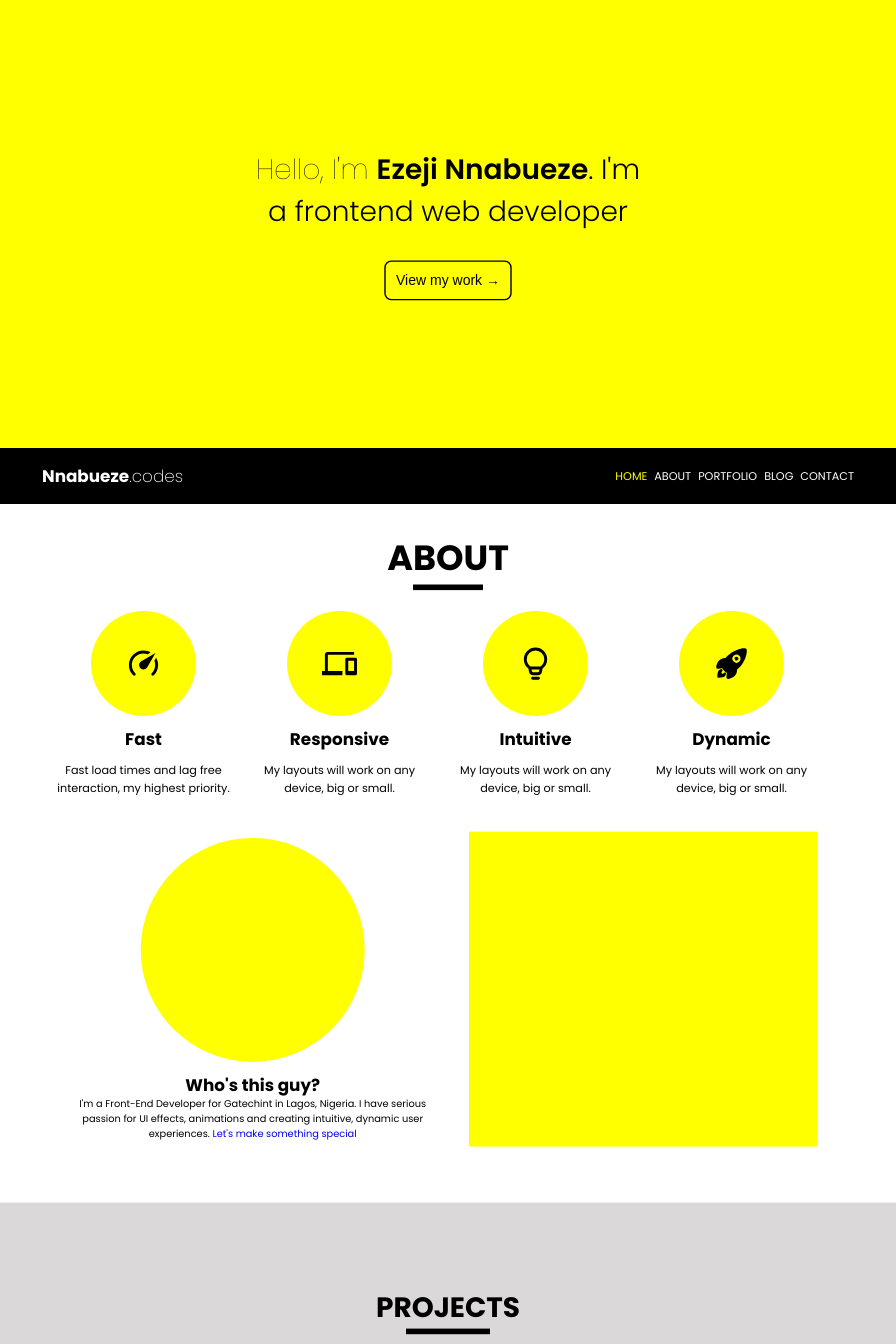
Repository: Ikebobo11/webweb
Page: index.html
These files come from the project's save history. The page is drawn as it stood at one moment and after a run of saves; the edit follows.
The browser window is 1280 px wide. The pictures show the part of the page from y = 0 to 1920 px (the page is 4615 px tall), at 70% of full size.
Some web libraries are served in a nearby version.

Above is the page before, as saved 2025-07-14 11:10:43.

### index.html
<!DOCTYPE html>
<html lang="en">
<head>
    <meta charset="UTF-8">
    <meta name="viewport" content="width=device-width, initial-scale=1.0">
    <link rel="stylesheet" href="style.css">
    <link rel="preconnect" href="https://fonts.googleapis.com">
    <link rel="preconnect" href="https://fonts.gstatic.com" crossorigin>
    <link href="https://fonts.googleapis.com/css2?family=Poppins:ital,wght@0,100;0,200;0,300;0,400;0,500;0,600;0,700;0,800;0,900;1,100;1,200;1,300;1,400;1,500;1,600;1,700;1,800;1,900&display=swap" rel="stylesheet">
    <script src="https://kit.fontawesome.com/5b2f8a38d7.js" crossorigin="anonymous"></script>
    <title>Document</title>
</head>
<body>
    <header>
        <div class="sec-1">
            <div class="div-1">
                <div class="div-2">
                    <h1 class="head-1"><span class="span-1">Hello, I'm </span> <span class="span-2">Ezeji Nnabueze</span>. I'm a frontend web developer</h1>
                    </div>
                    <button class="link-1" href="#">View my work <span> &rarr;</span></button>
                </div>
             <div>
        </div>
    </div>
    <div class="ooo">
    <div class="sec-2">
        <h2>Nnabueze<span class="span-3">.codes</span></h2>
        <nav>
            <a class="a-1" href="">HOME</a>
            <a  class="a-2" href="">ABOUT</a>
            <a class="a-2" href="">PORTFOLIO</a>
            <a class="a-2" href="">BLOG</a>
            <a class="a-2" href="">CONTACT</a>
        </nav>
        <img class="icon-image" src="./menu-burger.png">
    </div>
    </div>
    </header>
    <section class="first-section">
        <h1 class="first-head">ABOUT</h1>
        <div class="first-hr"></div>
        <div class="first-div">
            <div class="head-div">
                <div class="second-div">
                    <img class="first-image" src="./fast.svg"/>
                </div>
                <h2 class="second-head">Fast</h2>
                <p class="first-p">Fast load times and lag free interaction, my highest priority.</p>
            </div>
            <div class="head-div">
            <div class="second-div">
                <img class="first-image" src="./responsive.svg"/>
            </div>
                <h2 class="second-head">Responsive</h2>
                <p class="first-p">My layouts will work on any device, big or small.</p>
            </div>
            <div class="head-div">
            <div class="second-div">
                <img class="first-image" src="./intuitive.svg"/>
            </div>
            <h2 class="second-head">Intuitive</h2>
            <p class="first-p">My layouts will work on any device, big or small.</p>
            </div>
            <div class="head-div">
                    <div class="second-div">
                        <img class="first-image" src="./dynamic.svg"/>
                    </div>
                    <h2 class="second-head">Dynamic</h2>
                    <p class="first-p">My layouts will work on any device, big or small.</p>
                </div>
        </div>
    </section>
    <section class="second-section">
        <div class="third-div">
            <div class="fourth-div">
            </div>
            <h2 class="third-head">Who's this guy?</h2>
            <p class="second-p">I'm a Front-End Developer for Gatechint in Lagos, Nigeria. I have serious passion for UI effects, animations and creating intuitive, dynamic user experiences.<a class="first-link" href="#"> Let's make something special</a></p>
        </div>
        <div class="fifth-div"></div>
    </section>
    <section class="fourth-section">
        <h1 class="fourth-head">PROJECTS</h1>
        <div class="underline-div"></div>
        <nav class="first-nav">
            <p>ALL</p>
            <p>RUBY/RAILS</p>
            <p>REACT-JS</p>
            <p>JAVASCRIPT</p>
        </nav>

        <div class="sixth-div">

            <div class="project div-a"></div>
            <div class="project div-b"></div>
            <div class="project div-c"></div>
            <div class="project div-d"></div>
            <div class="project div-e"></div>
            <div class="project div-f"></div>
            <div class="project div-g"></div>
            <div class="project div-h"></div>
            <div class="project div-i"></div>
        </div>
    </section>
    <section class="fifth-section">
        <h1 class="first-head">BLOG</h1>
        <div class="first-hr"></div>
        <div class="last-image-div">
            <div class="last-image-div-a">
                <div class="hover new-div-a just-div">
                    <div class="image-div-a"></div>
                    <h3 class="new-head-a">Breaking Your Coder's Block</h3>
                    <p class="new-p-a">April 29,2016</p>
                    <p class="new-p-b"> At one time or another, as a developer, we've all found ourselves hopelessly stuck on a coding issue ...</p>
                </div>
                <div class="hover new-div-b ">
                    <div class="image-div-b just-div"></div>
                    <h3>!Awake: This is Your Brain on Caffeine</h3>
                    <p class="new-p-a">MARCH 19, 2015</p>
                    <p class="new-p-b">If there's one thing I can truly claim to be an expert on, it's staying awake. For five years I struggled to stay employed ...</p>
                </div>
                <div class="hover new-div-c">
                    <div class="image-div-c just-div"></div>
                    <h3>Getting a handle on Handlebars</h3>
                    <p class="new-p-a">MARCH 4, 2015</p>
                    <p class="new-p-b">Here at EyeCue Lab we render most of our data-laden HTML pages in Handlebar templates ...</p>
                </div>
                <div class="hover new-div-d">
                    <div class="image-div-d just-div"></div>
                    <h3>5 Extensions for Your Chrome Toolbelt</h3>
                    <p class="new-p-a">FEBRUARY 23, 2015</p>
                    <p class="new-p-b">If you're not using Google Chrome as a front-end web developer, you're missing out. Not only is Chrome the ...</p>
                </div>
            </section>
                <section class="sixth-section">
                    <!-- <img src="./blog-2.jpg"> -->
                    <h1 class="first-head">CONTACT</h1>
                    <div class="second-hr"></div>
                    <p class="new-p-c">Have a question or want to work together? </p>
                    <!-- <div class="new-div-e"></div> -->
                    <form>
                        <input class="new-input-a" placeholder="Name">
                        <input class="new-input-b" placeholder="Enter Email">
                        <textarea class="new-input-c" placeholder="Type your message..."></textarea>
                        <input class="new-input-d" type="submit" value="submit"/>

                    <!-- </div> -->

                </section>
            </div>
        </div>
    </section>
    <footer>
        <div class="icon-div-a"><i class="fa-solid fa-angles-up icon-a"></i></div>
        <div class="head-icon-div">
            <div class="icon-div-b"><i class="fa-brands fa-github icon-a"></i></div>
            <div class="icon-div-b"><i class="fa-brands fa-linkedin-in icon-a"></i></div>
            <div class="icon-div-b"><i class="fa-brands fa-instagram icon-a"></i></div>
            <div class="icon-div-b"><i class="fa-brands fa-twitter icon-a"></i></div>
        </div>
        <p class="footer-p">Ezeji Nnabueze &copy; 2025</p>
    </footer>
</body>
</html>

### style.css
*{
    padding: 0px;
    margin: 0px;
    box-sizing: border-box;
    max-width: 100%;
}
body{
    font-family: "Poppins", sans-serif;
    max-width: 100vw;
}
.sec-1{
    background-color: yellow;
    /* padding-block: 200px; */
    /* padding-inline:30%; */
    height: calc(100vh - 80px);
    display: flex;
    justify-content: center;
    align-items: center;

}
.div-2{
    word-wrap: break-word;
    max-width: 560px;
    margin-inline: auto;
    font-weight: 300;
    overflow: hidden;
    @media(max-width:800px){
        font-size: small;
    }
}
.head-1{
    text-align: center;
    font-size: 40px;
    font-weight: 300;

}
.link-1{
    border: 2px solid black;
    padding: 15px;
    margin-inline: auto;
    display: block;
    margin-top: 40px;
    background-color: yellow;
    border-radius: 10px;
    font-size: 20px;
}
.span-2{
    font-weight: 600;
}
.span-1{
    font-weight: 100;
}
.link-1:hover{
    background-color: black;
    color: white;
}
.sec-2{
    height:20px;
    background-color: black;
    display: flex;
    align-items: center;
    justify-content: space-between;
    color: white;
    padding: 40px 60px;
    max-width: 120;
}
nav{
    display: flex;
    gap: 10px;
    @media(max-width:800px){
        display: none;
    }
}
.icon-image{
    /* max-width: 100%;
    width: 10%; */
    display: none;
    filter: invert(1);
    @media(max-width: 800px) {
        display: block;
    }
}
.a-2{
    color: white;
    text-decoration: none;
}
.a-1{
    color: yellow;
    text-decoration: none;
}
.a-2:hover{
    color: yellow;
}
.span-3{
    font-weight: 200;
}
.first-section{

}
.first-head{
    text-align: center;
    margin-block: 40px 0px;
    font-size: 50px;
}
.first-hr{
    height:8px;
    background-color: black;
    width: 100px;
    margin: auto;
}
.first-div{
    display: grid;
    grid-template-columns: 1fr 1fr 1fr 1fr;
    justify-content: space-between;
    margin-inline: auto;
    margin-block: 30px 50px;
    max-width: 1120px;

    @media(max-width:1000px){
        grid-template-columns: 1fr 1fr ;
        margin-inline:auto;
        width: 600px;
    }
    @media (max-width:500px) {
        grid-template-columns: 1fr;
        margin-inline: auto;
        width: 250px;
    }
}
.first-image{
    width: 50px;

}
.second-div{
    background-color: yellow;
    width: 150px;
    height: 150px;
    border-radius: 150px;
    display: flex;
    justify-content: center;
    align-items: center;
    margin-inline: auto;
}
.head-div{
    width: 250px;
}
.second-head{
    text-align: center;
    margin-block: 15px;
}
.ooo{
    background-color: black;
}
.first-p{
    text-align: center;
}
.second-section{
    display: grid;
    grid-template-columns: 1fr 1fr;
    align-items: center;
    gap:60px;
    max-width: 1120px;
    margin-inline: auto;
    padding-inline: 2rem;
    /* margin-inline: 180px; */
    margin-bottom: 80px;
    @media(max-width:800px){
        grid-template-columns: 1fr;
    }

}
.third-div{
    /* width: 960px; */
    /* height: 450px; */

}
.fourth-div{
    background-color: yellow;
    height: 320px;
    max-width: 320px;
    border-radius: 320px;
    margin-inline: auto;
}
.fifth-div{
    background-color: yellow;
    /* width: 960px; */
    height: 450px;
}
.third-head{
    text-align: center;
    margin-top: 15px;
}
.second-p{
    font-size: 14px;
    text-align: center;
}
.first-link{
    text-decoration: none;
}
.fourth-section{
    background-color: rgba(196, 193, 193, 0.63);
    padding-block: 120px 40px;
    margin-bottom: 100px;
}
.sixth-div{
    display: grid;
    grid-template-columns: 1fr 1fr 1fr;
    max-width: 960px;
    margin-inline: auto;
    @media(max-width:900px) {
        grid-template-columns: 1fr 1fr;
        /* max-width: 620px; */
        margin-inline: auto;
        padding-inline: 10%;

    }
    @media (max-width:650px) {
        grid-template-columns: 1fr;
        /* max-width: 320px; */
        margin-inline: auto;
        padding-inline: 10%;
    }

}
.project{
    background-size: cover;
    /* max-width:320px ; */
    height: 320px;
    background-position: center;
    background-color: blue;
}
.div-a{
    background-image: url(./project-1.jpg);
}

.div-b{
    background-image: url(./project-2.jpg);
}
.div-c{
    background-image: url(./project-3.png);
}
.div-d{
    background-image: url(./project-4.jpg);
}
.div-e{
    background-image: url(./project-5.jpg);
}
.div-f{
    background-image: url(./project-6.jpg);
}
.div-g{
    background-image: url(./project-7.jpg);
}
.div-h{
    background-image: url(./project-8.jpg);
}
.div-i{
    background-image: url(./project-9.jpg);

}
.underline-div{
    background-color: black;
    height: 8px;
    width: 120px;
    margin-inline: auto;
    margin-bottom: 60px;
}
.fourth-head{
    font-size: 40px;
    text-align: center;
}
.first-nav{
    display: flex;
    justify-content: center;
    gap: 30px;
    flex-wrap: wrap;
}
.last-image-div-a{
    /* width: 100vw; */
    display: grid;
    grid-template-columns: 1fr 1fr 1fr 1fr;
    gap: 20px;
    padding-block: 100px;
    max-width: 1120px;
    margin-inline: auto;
    @media (max-width:800px) {
        grid-template-columns:1fr 1fr;
        margin-inline: auto;
    }
    @media (max-width:640px) {
        grid-template-columns: 1fr;
        padding-inline: 16px;
    }
}
.just-div{
    max-width: 408px;
}
.new-image-a{
    width: 270px;

}
.image-div-a{
    background-image: url(./blog-1.jpg);
    height: 180px;
    background-size: cover;
    background-position: center;
}
.image-div-b{
    background-image: url(./blog-2.jpg);
    height: 180px;
    background-size: cover;
    background-position: center;
}
.image-div-c{
    background-image: url(./blog-3.jpg);
    height: 180px;
    background-size: cover;
    background-position: center;
}
.image-div-d{
    background-image: url(./blog-4.jpg);
    height: 180px;
    background-size: cover;
    background-position: center;
}
.new-p-a{
    margin-block: 15px;
    font-size: 12px;
}
.new-p-b{
    font-size: 13.5px;
}
.sixth-section{
    background-color: black;
    color: white;
    padding-block: 100px 60px;
}
.new-input-a{
    display: block;
    margin: auto;
    width: 400px;
    height: 60px;
}
.new-input-b{
    display: block;
    margin: auto;
    width: 400px;
    height: 60px;
}
.new-input-c{
    display: block;
    margin: auto;
    width: 400px;
    height: 80px;
}
.new-input-d{
    display: block;
    margin: auto;
    width: 400px;
    height: 80px;
    color: white;
    border: 2px solid white;
    background-color: black;
    margin-top: 5px;
}
.second-hr{
    background-color:white;
    height: 8px;
    width: 120px;
    margin-inline: auto;
}
.new-p-c{
    color: aqua;
    text-align: center;
    margin-block: 40px 25px;
}
footer{
    background-color: yellow;
    padding-block: 20px;
}
.head-icon-div{
    display: flex;
    gap: 20px;
    max-width: 20rem;
    margin-inline: auto;
}
.icon-div-a{
    max-width: 3rem;
    height: 4rem;
    background-color: black;
    display: flex;
    align-items: center;
    justify-content: center;
    margin-inline: auto;
    margin-block: -2.5rem 2rem;
    border: 1px solid white;
}
.icon-div-b{
    max-width: 3rem;
    height: 4rem;
    background-color: black;
    display: flex;
    align-items: center;
    justify-content: center;
    margin-inline: auto;
    margin-bottom:2rem;
    padding-inline: 10px;

}
.icon-a{
    color: aqua;

    font-size: 2rem;
}
.footer-p{
    text-align: center;
}

.hover:hover h3 {
 color: teal;
}
.new-div-a:hover~.hover {
    opacity: 0.4;
}
.new-div-b:hover~.hover{
    opacity: 0.4;
}
.new-div-c:hover~.hover{
    opacity: 0.4;
}
.new-div-d:hover~.hover{
    opacity: 0.4;
}

After the next 3 saves:
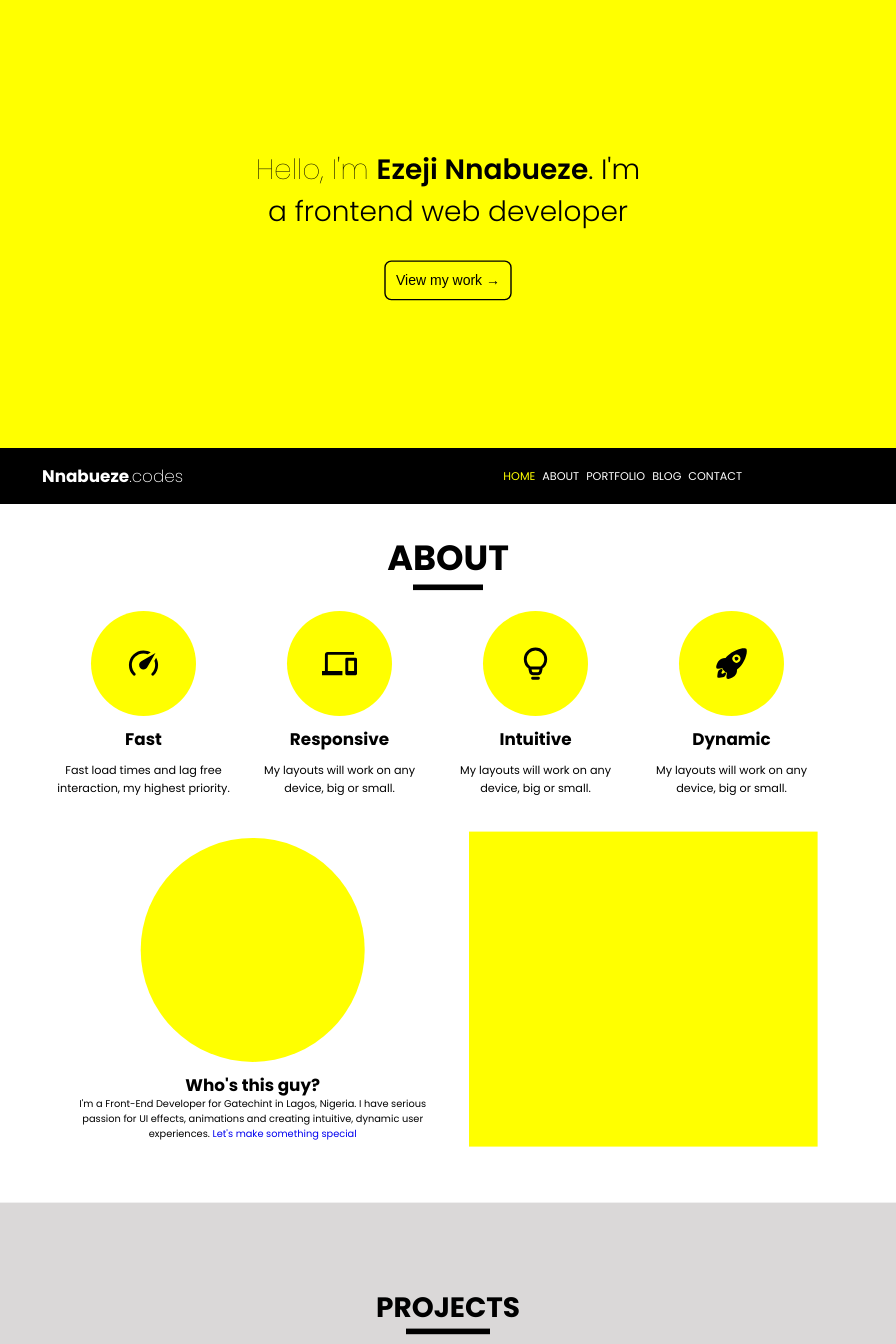
The 3 saves are shown as one change because they came seconds apart.
The last was saved 6 s later.
--- a/style.css
+++ b/style.css
@@ -62,7 +62,7 @@
     justify-content: space-between;
     color: white;
     padding: 40px 60px;
-    max-width: 120;
+    max-width: 1120px;
 }
 nav{
     display: flex;
